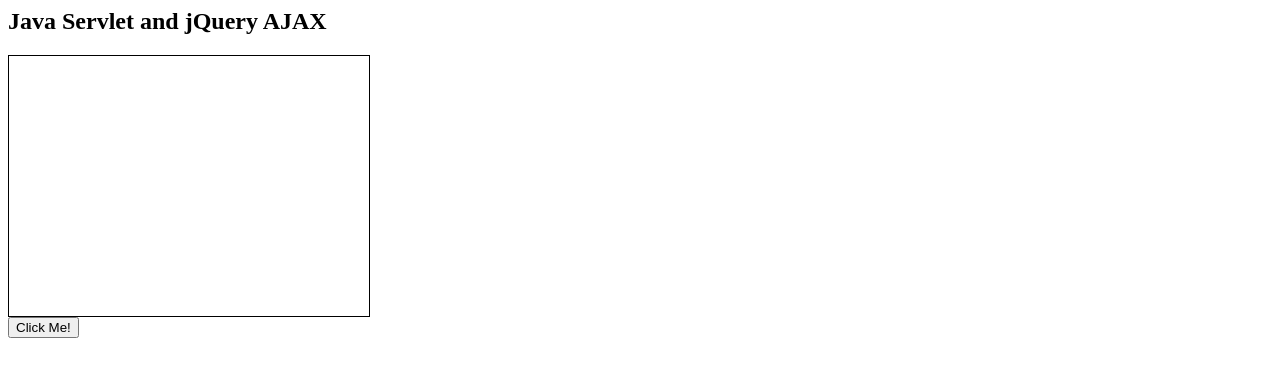
Repository: joliest/MyGits
Page: Java/Project_JIRA/JavaServletAndAJAX/WebContent/AJAXJava.html
The author's editor kept a copy of each file at every save. The page is drawn from the files as they stood at one save, then again after the next save.
The browser window is 1280 px wide. The pictures show the whole page.

Above is the page before, as saved 2017-09-07 12:40:51.

### Java/Project_JIRA/JavaServletAndAJAX/WebContent/AJAXJava.html

<html>
	<head>
		<title>Java and jQuery AJAX</title>
		<style>
			#div1 {
				border : 1px solid black;
				height : 250px;
				width : 350px;
				padding : 5px;
			}
		</style>
	</head>
	<body>
		<h2>Java Servlet and jQuery AJAX</h2>
		<div id="div1">

		</div>
		<button type="button">Click Me!</button>
	</body>
</html>

After the next save:
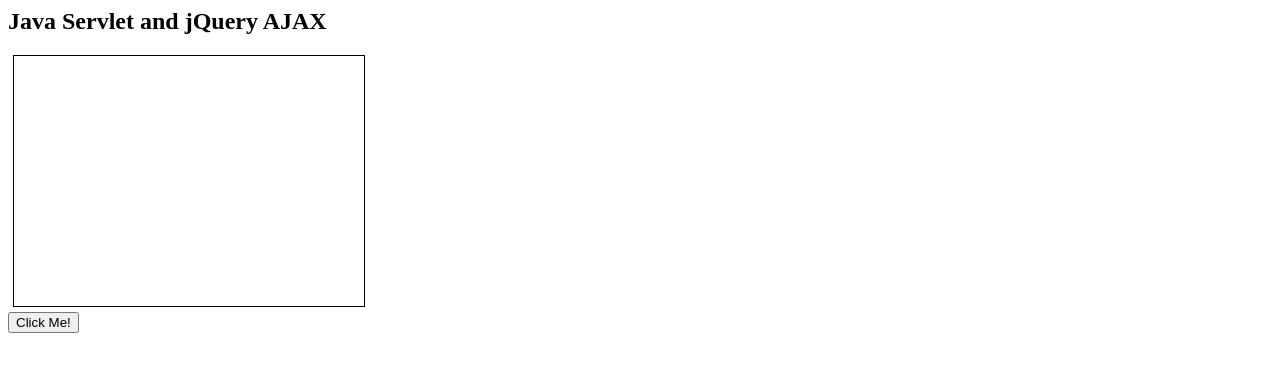
Saved 7 s later.
--- a/Java/Project_JIRA/JavaServletAndAJAX/WebContent/AJAXJava.html
+++ b/Java/Project_JIRA/JavaServletAndAJAX/WebContent/AJAXJava.html
@@ -7,7 +7,7 @@
 				border : 1px solid black;
 				height : 250px;
 				width : 350px;
-				padding : 5px;
+				margin : 5px;
 			}
 		</style>
 	</head>
